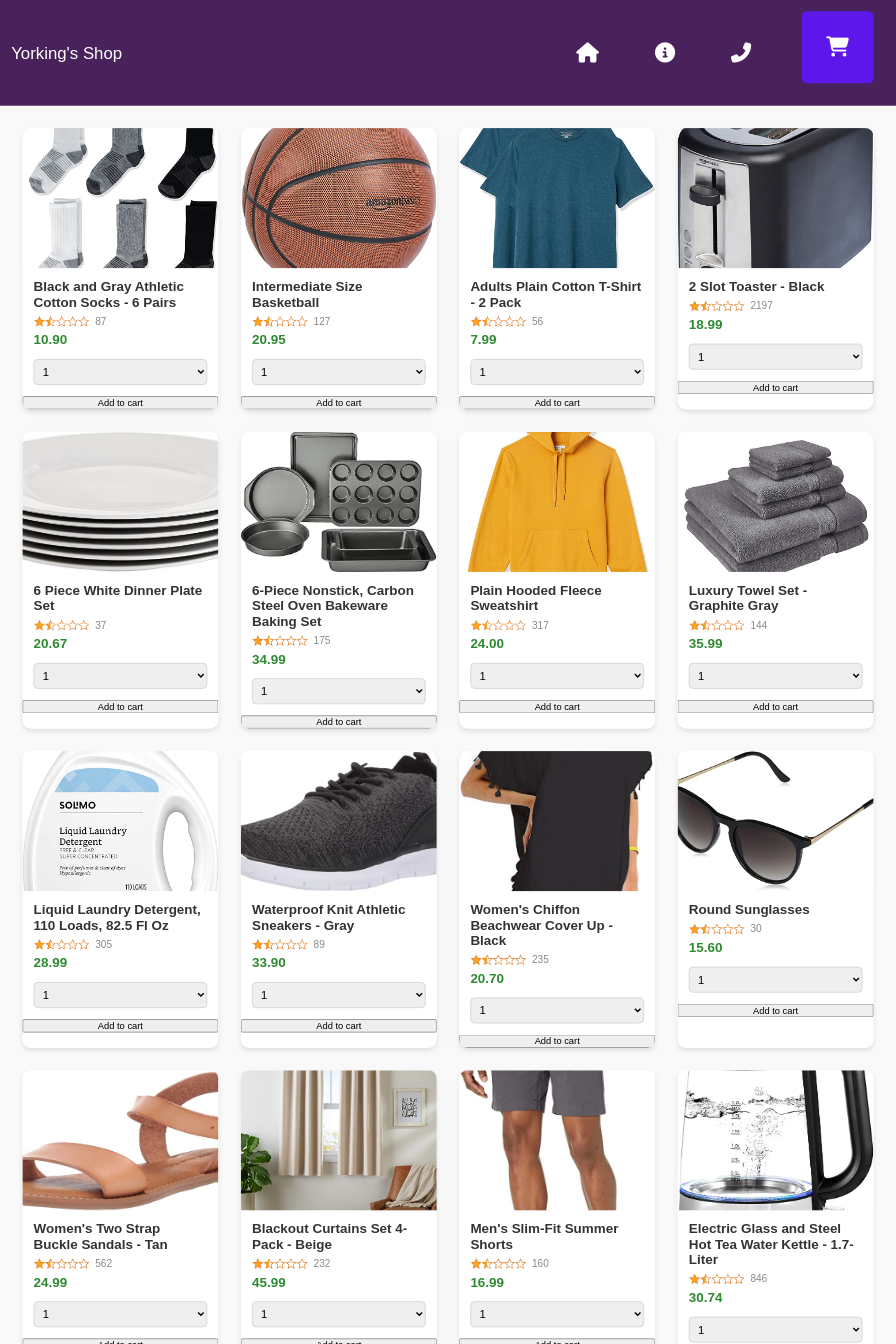
Repository: yorkings/eccomerce-website-in-js
Page: index.html
These files come from the project's save history. The page is drawn as it stood at one moment and after a run of saves; the edit follows.
The browser window is 1280 px wide. The pictures show the part of the page from y = 0 to 1920 px (the page is 5067 px tall before and 17333 px after), at 70% of full size.
Some web libraries are served in a nearby version.

Above is the page before, as saved 2025-05-24 17:06:44.

### index.html
<!DOCTYPE html>
<html lang="en">
<head>
  <meta charset="UTF-8" />
  <meta name="viewport" content="width=device-width, initial-scale=1.0"/>
  <title>Responsive Ecommerce Navbar</title>
  <link rel="stylesheet" href="style.css" />
  <script src="https://kit.fontawesome.com/9ed7d13a3c.js" crossorigin="anonymous"></script>
</head>
<body>
   <nav class="navbar" id="navbar">
      <div class="logo">Yorking's Shop</div>
      <p class="menu-toggle open" id="open-toggle">
         <i class="fas fa-bars" id="menu-icon"></i>
      </p>
      <ul class="navbar-list" id="navbar-list">
            <li class="nav-item nav-link"><a href="#"><i class="fas fa-home"></i></a></li>
            <li class="nav-item nav-link"><a href="#info"><i class="fas fa-info-circle"></i></a></li>
            <li class="nav-item nav-link"><a href="#contact"><i class="fas fa-phone-alt"></i></a></li>
            <li   class="nav-item cart nav-link" ><a href="#cart"><i class="fas fa-shopping-cart"></i></a></li>
      </ul>
   </nav>
   <div class="main">

   </div>
   <script src="navbar.js"></script>
   <script type="module" src="shop.js"></script>

</body>
</html>

### style.css
*{
   box-sizing: border-box;
   margin: 0;
  padding: 0;
  font-family: Arial, sans-serif

}
.navbar{
    background-color: rgba(49, 4, 70, 0.884);
    display: flex;
    position: relative;
    padding: 1em 1rem;
    flex-wrap: wrap;
    align-items: center;
    width: 100vw;
}
.logo{
    font-size: 1.5em;
    font: bold;
    color: #ffffff;
}
.menu-toggle{
  background: none;
  border: none;
  color: white;
  font-size: 1.5rem;
  cursor: pointer;
  display: none;
}
.navbar-list{
  display: flex;
  list-style: none;
  justify-content: space-between;
  align-items: center;
  gap: 2rem;
  margin-left: auto;
}

.nav-item a{
  display: block;
  color: white;
  font-size: 1.8rem;
  text-decoration: none;
  padding: 1.5rem;
  transition: background 0.3s ease;
}

.nav-item a:hover:not(.active) {
   background-color: #646363;
   border-radius: 0.5rem;
}
.active{
    background-color: #3f9c3c;
}

.main {
  display: grid;
  grid-template-columns: repeat(auto-fit, minmax(250px, 1fr));
  gap: 2rem;
  padding: 2rem;
  background-color: #f9f9f9;
}

.shop-container{
  display: flex;
   flex-direction: column;
   background-color: #ffffff;
  border-radius: 12px;
  box-shadow: 0 4px 8px rgba(0,0,0,0.1);
  overflow: hidden;
  transition: transform 0.3s ease, box-shadow 0.3s ease;

}
.shop-container:hover {
  transform: translateY(-5px);
  box-shadow: 0 8px 16px rgba(0,0,0,0.2);
}
.image {
  width: 100%;
  height: 200px;
  object-fit: cover;
}

.content {
  padding: 1rem;
  display: flex;
  flex-direction: column;
  gap: 0.5rem;
}


.item-name {
  font-size: 1.2rem;
  font-weight: bold;
  color: #333;
}

.rating {
  display: flex;
  align-items: center;
  gap: 0.5rem;
}

.rate-image {
  width: 80px;
  height: auto;
}

.counts {
  font-size: 0.9rem;
  color: #888;
}

.price {
  font-size: 1.2rem;
  font-weight: bold;
  color: #2d8a32;
}

.quantity {
  padding: 0 1rem 1rem 1rem;
}

.quantity select {
  width: 100%;
  padding: 0.5rem;
  border-radius: 6px;
  border: 1px solid #ccc;
  font-size: 1rem;
}

.cart {
  margin: 0 1rem 1rem 1rem;
  padding: 0.7rem;
  background-color: #5e17eb;
  color: white;
  border: none;
  border-radius: 8px;
  font-size: 1rem;
  cursor: pointer;
  transition: background-color 0.3s ease;
}

.cart:hover {
  background-color: #440cc5;
}

@media  (max-width:768px)  {
    .menu-toggle{
        display: flex;
        margin-left: auto;
    }
    .navbar-list{
       display: none;
    }
    .navbar.active{
        display: block;
        height: 100vh;
    }
    .navbar-list.active{
        display:block
    }


}

### navbar.js
document.addEventListener("DOMContentLoaded", () => {
  const btn = document.getElementById("open-toggle");
  const icon = document.getElementById("menu-icon");

  btn.addEventListener("click", () => {
    icon.classList.toggle("fa-bars");
    icon.classList.toggle("fa-times");
    const navList = document.getElementById("navbar-list");
    navList.classList.toggle("active");
    const nav=document.getElementById("navbar");
    nav.classList.toggle("active")
  });
  const navLinks = document.querySelectorAll(".nav-link");
  navLinks.forEach(link => {
    link.addEventListener("click", () => {
      navLinks.forEach(l => l.classList.remove("active")); // remove from others
      link.classList.add("active"); // add to current
    });
  });
});

### shop.js
import {products} from "./product.js"

const shop=document.querySelector(".main");

let shopHtml=""
products.forEach((product)=>{
    shopHtml+=`
    <div class="shop-container">
         <img src=${product.image} alt=${product.name} class="image">
         <div class="content">
            <p class="item-name">${product.name}</p>
            <div class="rating">
                <img src='./images/ratings/rating-15.png' alt="" class="rate-image">
                <p class="counts">${product.rating.count}</p>
            </div>
            <p class="price">${(product.priceCents/100).toFixed(2)}</p>
         </div>
         <div class="quantity">
            <select>
               <option selected value="1">1</option>
               <option value="2">2</option>
               <option value="3">4</option>
               <option value="4">4</option>
               <option value="5">5</option>
               <option value="6">6</option>
               <option value="7">7</option>
               <option value="8">8</option>
               <option value="9">9</option>
            </select>
         </div>
         <button class="add-to-cart">Add to cart</button>
      </div>
    `

})
 shop.innerHTML=shopHtml

### product.js
export const products = [
  {
    id: "e43638ce-6aa0-4b85-b27f-e1d07eb678c6",
    image: "images/products/athletic-cotton-socks-6-pairs.jpg",
    name: "Black and Gray Athletic Cotton Socks - 6 Pairs",
    rating: {
      stars: 4.5,
      count: 87
    },
    priceCents: 1090,
    keywords: [
      "socks",
      "sports",
      "apparel"
    ]
  },
  {
    id: "15b6fc6f-327a-4ec4-896f-486349e85a3d",
    image: "images/products/intermediate-composite-basketball.jpg",
    name: "Intermediate Size Basketball",
    rating: {
      stars: 4,
      count: 127
    },
    priceCents: 2095,
    keywords: [
      "sports",
      "basketballs"
    ]
  },
  {
    id: "83d4ca15-0f35-48f5-b7a3-1ea210004f2e",
    image: "images/products/adults-plain-cotton-tshirt-2-pack-teal.jpg",
    name: "Adults Plain Cotton T-Shirt - 2 Pack",
    rating: {
      stars: 4.5,
      count: 56
    },
    priceCents: 799,
    keywords: [
      "tshirts",
      "apparel",
      "mens"
    ],
    type: "clothing",
    sizeChartLink: "images/clothing-size-chart.png"
  },
  {
    id: "54e0eccd-8f36-462b-b68a-8182611d9add",
    image: "images/products/black-2-slot-toaster.jpg",
    name: "2 Slot Toaster - Black",
    rating: {
      stars: 5,
      count: 2197
    },
    priceCents: 1899,
    keywords: [
      "toaster",
      "kitchen",
      "appliances"
    ]
  },
  {
    id: "3ebe75dc-64d2-4137-8860-1f5a963e534b",
    image: "images/products/6-piece-white-dinner-plate-set.jpg",
    name: "6 Piece White Dinner Plate Set",
    rating: {
      stars: 4,
      count: 37
    },
    priceCents: 2067,
    keywords: [
      "plates",
      "kitchen",
      "dining"
    ]
  },
  {
    id: "8c9c52b5-5a19-4bcb-a5d1-158a74287c53",
    image: "images/products/6-piece-non-stick-baking-set.webp",
    name: "6-Piece Nonstick, Carbon Steel Oven Bakeware Baking Set",
    rating: {
      stars: 4.5,
      count: 175
    },
    priceCents: 3499,
    keywords: [
      "kitchen",
      "cookware"
    ]
  },
  {
    id: "dd82ca78-a18b-4e2a-9250-31e67412f98d",
    image: "images/products/plain-hooded-fleece-sweatshirt-yellow.jpg",
    name: "Plain Hooded Fleece Sweatshirt",
    rating: {
      stars: 4.5,
      count: 317
    },
    priceCents: 2400,
    keywords: [
      "hoodies",
      "sweaters",
      "apparel"
    ]
  },
  {
    id: "77919bbe-0e56-475b-adde-4f24dfed3a04",
    image: "images/products/luxury-tower-set-6-piece.jpg",
    name: "Luxury Towel Set - Graphite Gray",
    rating: {
      stars: 4.5,
      count: 144
    },
    priceCents: 3599,
    keywords: [
      "bathroom",
      "washroom",
      "restroom",
      "towels",
      "bath towels"
    ]
  },
  {
    id: "3fdfe8d6-9a15-4979-b459-585b0d0545b9",
    image: "images/products/liquid-laundry-detergent-plain.jpg",
    name: "Liquid Laundry Detergent, 110 Loads, 82.5 Fl Oz",
    rating: {
      stars: 4.5,
      count: 305
    },
    priceCents: 2899,
    keywords: [
      "bathroom",
      "cleaning"
    ]
  },
  {
    id: "58b4fc92-e98c-42aa-8c55-b6b79996769a",
    image: "images/products/knit-athletic-sneakers-gray.jpg",
    name: "Waterproof Knit Athletic Sneakers - Gray",
    rating: {
      stars: 4,
      count: 89
    },
    priceCents: 3390,
    keywords: [
      "shoes",
      "running shoes",
      "footwear"
    ]
  },
  {
    id: "5968897c-4d27-4872-89f6-5bcb052746d7",
    image: "images/products/women-chiffon-beachwear-coverup-black.jpg",
    name: "Women's Chiffon Beachwear Cover Up - Black",
    rating: {
      stars: 4.5,
      count: 235
    },
    priceCents: 2070,
    keywords: [
      "robe",
      "swimsuit",
      "swimming",
      "bathing",
      "apparel"
    ],
    type: "clothing",
    sizeChartLink: "images/clothing-size-chart.png"
  },
  {
    id: "aad29d11-ea98-41ee-9285-b916638cac4a",
    image: "images/products/round-sunglasses-black.jpg",
    name: "Round Sunglasses",
    rating: {
      stars: 4.5,
      count: 30
    },
    priceCents: 1560,
    keywords: [
      "accessories",
      "shades"
    ]
  },
  {
    id: "04701903-bc79-49c6-bc11-1af7e3651358",
    image: "images/products/women-beach-sandals.jpg",
    name: "Women's Two Strap Buckle Sandals - Tan",
    rating: {
      stars: 4.5,
      count: 562
    },
    priceCents: 2499,
    keywords: [
      "footwear",
      "sandals",
      "womens",
      "beach",
      "summer"
    ]
  },
  {
    id: "901eb2ca-386d-432e-82f0-6fb1ee7bf969",
    image: "images/products/blackout-curtain-set-beige.webp",
    name: "Blackout Curtains Set 4-Pack - Beige",
    rating: {
      stars: 4.5,
      count: 232
    },
    priceCents: 4599,
    keywords: [
      "bedroom",
      "curtains",
      "home"
    ]
  },
  {
    id: "82bb68d7-ebc9-476a-989c-c78a40ee5cd9",
    image: "images/products/men-slim-fit-summer-shorts-gray.jpg",
    name: "Men's Slim-Fit Summer Shorts",
    rating: {
      stars: 4,
      count: 160
    },
    priceCents: 1699,
    keywords: [
      "shorts",
      "apparel",
      "mens"
    ]
  },
  {
    id: "c2a82c5e-aff4-435f-9975-517cfaba2ece",
    image: "images/products/electric-glass-and-steel-hot-water-kettle.webp",
    name: "Electric Glass and Steel Hot Tea Water Kettle - 1.7-Liter",
    rating: {
      stars: 5,
      count: 846
    },
    priceCents: 3074,
    keywords: [
      "water boiler",
      "appliances",
      "kitchen"
    ]
  },
  {
    id: "6b07d4e7-f540-454e-8a1e-363f25dbae7d",
    image: "images/products/facial-tissue-2-ply-18-boxes.jpg",
    name: "Ultra Soft Tissue 2-Ply - 18 Box",
    rating: {
      stars: 4,
      count: 99
    },
    priceCents: 2374,
    keywords: [
      "kleenex",
      "tissues",
      "kitchen",
      "tissues box",
      "napkins"
    ]
  },
  {
    id: "a82c6bac-3067-4e68-a5ba-d827ac0be010",
    image: "images/products/straw-sunhat.webp",
    name: "Straw Lifeguard Sun Hat",
    rating: {
      stars: 4,
      count: 215
    },
    priceCents: 2200,
    keywords: [
      "hats",
      "straw hats",
      "summer",
      "apparel"
    ]
  },
  {
    id: "e4f64a65-1377-42bc-89a5-e572d19252e2",
    image: "images/products/sky-flower-stud-earrings.webp",
    name: "Sterling Silver Sky Flower Stud Earrings",
    rating: {
      stars: 4.5,
      count: 52
    },
    priceCents: 1799,
    keywords: [
      "jewelry",
      "accessories",
      "womens"
    ]
  },
  {
    id: "b0f17cc5-8b40-4ca5-9142-b61fe3d98c85",
    image: "images/products/women-stretch-popover-hoodie-black.jpg",
    name: "Women's Stretch Popover Hoodie",
    rating: {
      stars: 4.5,
      count: 2465
    },
    priceCents: 1374,
    keywords: [
      "hooded",
      "hoodies",
      "sweaters",
      "womens",
      "apparel"
    ],
    type: "clothing",
    sizeChartLink: "images/clothing-size-chart.png"
  },
  {
    id: "a93a101d-79ef-4cf3-a6cf-6dbe532a1b4a",
    image: "images/products/bathroom-rug.jpg",
    name: "Bathroom Bath Rug Mat 20 x 31 Inch - Grey",
    rating: {
      stars: 4.5,
      count: 119
    },
    priceCents: 1250,
    keywords: [
      "bathmat",
      "bathroom",
      "home"
    ]
  },
  {
    id: "4f4fbcc2-4e72-45cc-935c-9e13d79cc57f",
    image: "images/products/women-knit-ballet-flat-black.jpg",
    name: "Women's Knit Ballet Flat",
    rating: {
      stars: 4,
      count: 326
    },
    priceCents: 2640,
    keywords: [
      "shoes",
      "flats",
      "womens",
      "footwear"
    ]
  },
  {
    id: "8b5a2ee1-6055-422a-a666-b34ba28b76d4",
    image: "images/products/men-golf-polo-t-shirt-blue.jpg",
    name: "Men's Regular-Fit Quick-Dry Golf Polo Shirt",
    rating: {
      stars: 4.5,
      count: 2556
    },
    priceCents: 1599,
    keywords: [
      "tshirts",
      "shirts",
      "apparel",
      "mens"
    ],
    type: "clothing",
    sizeChartLink: "images/clothing-size-chart.png"
  },
  {
    id: "b86ddc8b-3501-4b17-9889-a3bad6fb585f",
    image: "images/products/trash-can-with-foot-pedal-50-liter.jpg",
    name: "Trash Can with Foot Pedal - Brushed Stainless Steel",
    rating: {
      stars: 4.5,
      count: 2286
    },
    priceCents: 8300,
    keywords: [
      "garbage",
      "bins",
      "cans",
      "kitchen"
    ]
  },
  {
    id: "19c6a64a-5463-4d45-9af8-e41140a4100c",
    image: "images/products/duvet-cover-set-blue-twin.jpg",
    name: "Duvet Cover Set with Zipper Closure",
    rating: {
      stars: 4,
      count: 456
    },
    priceCents: 2399,
    keywords: [
      "bedroom",
      "bed sheets",
      "sheets",
      "covers",
      "home"
    ]
  },
  {
    id: "d2785924-743d-49b3-8f03-ec258e640503",
    image: "images/products/women-chunky-beanie-gray.webp",
    name: "Women's Chunky Cable Beanie - Gray",
    rating: {
      stars: 5,
      count: 83
    },
    priceCents: 1250,
    keywords: [
      "hats",
      "winter hats",
      "beanies",
      "tuques",
      "apparel",
      "womens"
    ]
  },
  {
    id: "ee1f7c56-f977-40a4-9642-12ba5072e2b0",
    image: "images/products/men-chino-pants-beige.jpg",
    name: "Men's Classic-fit Pleated Chino Pants",
    rating: {
      stars: 4.5,
      count: 9017
    },
    priceCents: 2290,
    keywords: [
      "pants",
      "apparel",
      "mens"
    ]
  },
  {
    id: "1c079479-8586-494f-ab53-219325432536",
    image: "images/products/men-athletic-shoes-green.jpg",
    name: "Men's Athletic Sneaker",
    rating: {
      stars: 4,
      count: 229
    },
    priceCents: 3890,
    keywords: [
      "shoes",
      "running shoes",
      "footwear",
      "mens"
    ]
  },
  {
    id: "4df68c27-fd59-4a6a-bbd1-e754ddb6d53c",
    image: "images/products/men-navigator-sunglasses-brown.jpg",
    name: "Men's Navigator Sunglasses Pilot",
    rating: {
      stars: 3.5,
      count: 42
    },
    priceCents: 1690,
    keywords: [
      "sunglasses",
      "glasses",
      "accessories",
      "shades"
    ]
  },
  {
    id: "4e37dd03-3b23-4bc6-9ff8-44e112a92c64",
    image: "images/products/non-stick-cooking-set-15-pieces.webp",
    name: "Non-Stick Cookware Set, Pots, Pans and Utensils - 15 Pieces",
    rating: {
      stars: 4.5,
      count: 511
    },
    priceCents: 6797,
    keywords: [
      "cooking set",
      "kitchen"
    ]
  },
  {
    id: "a434b69f-1bc1-482d-9ce7-cd7f4a66ce8d",
    image: "images/products/vanity-mirror-silver.jpg",
    name: "Vanity Mirror with Heavy Base - Chrome",
    rating: {
      stars: 4.5,
      count: 130
    },
    priceCents: 1649,
    keywords: [
      "bathroom",
      "washroom",
      "mirrors",
      "home"
    ]
  },
  {
    id: "a45cfa0a-66d6-4dc7-9475-e2b01595f7d7",
    image: "images/products/women-french-terry-fleece-jogger-camo.jpg",
    name: "Women's Fleece Jogger Sweatpant",
    rating: {
      stars: 4.5,
      count: 248
    },
    priceCents: 2400,
    keywords: [
      "pants",
      "sweatpants",
      "jogging",
      "apparel",
      "womens"
    ]
  },
  {
    id: "d339adf3-e004-4c20-a120-40e8874c66cb",
    image: "images/products/double-elongated-twist-french-wire-earrings.webp",
    name: "Double Oval Twist French Wire Earrings - Gold",
    rating: {
      stars: 4.5,
      count: 117
    },
    priceCents: 2400,
    keywords: [
      "accessories",
      "womens"
    ]
  },
  {
    id: "d37a651a-d501-483b-aae6-a9659b0757a0",
    image: "images/products/round-airtight-food-storage-containers.jpg",
    name: "Round Airtight Food Storage Containers - 5 Piece",
    rating: {
      stars: 4,
      count: 126
    },
    priceCents: 2899,
    keywords: [
      "boxes",
      "food containers",
      "kitchen"
    ]
  },
  {
    id: "0d7f9afa-2efe-4fd9-b0fd-ba5663e0a524",
    image: "images/products/coffeemaker-with-glass-carafe-black.jpg",
    name: "Coffeemaker with Glass Carafe and Reusable Filter - 25 Oz, Black",
    rating: {
      stars: 4.5,
      count: 1211
    },
    priceCents: 2250,
    keywords: [
      "coffeemakers",
      "kitchen",
      "appliances"
    ]
  },
  {
    id: "02e3a47e-dd68-467e-9f71-8bf6f723fdae",
    image: "images/products/blackout-curtains-black.jpg",
    name: "Blackout Curtains Set 42 x 84-Inch - Black, 2 Panels",
    rating: {
      stars: 4.5,
      count: 363
    },
    priceCents: 3099,
    keywords: [
      "bedroom",
      "home"
    ]
  },
  {
    id: "8a53b080-6d40-4a65-ab26-b24ecf700bce",
    image: "images/products/cotton-bath-towels-teal.webp",
    name: "100% Cotton Bath Towels - 2 Pack, Light Teal",
    rating: {
      stars: 4.5,
      count: 93
    },
    priceCents: 2110,
    keywords: [
      "bathroom",
      "home",
      "towels"
    ]
  },
  {
    id: "10ed8504-57db-433c-b0a3-fc71a35c88a1",
    image: "images/products/knit-athletic-sneakers-pink.webp",
    name: "Waterproof Knit Athletic Sneakers - Pink",
    rating: {
      stars: 4,
      count: 89
    },
    priceCents: 3390,
    keywords: [
      "shoes",
      "running shoes",
      "footwear",
      "womens"
    ]
  },
  {
    id: "77a845b1-16ed-4eac-bdf9-5b591882113d",
    image: "images/products/countertop-blender-64-oz.jpg",
    name: "Countertop Blender - 64oz, 1400 Watts",
    rating: {
      stars: 4,
      count: 3
    },
    priceCents: 10747,
    keywords: [
      "food blenders",
      "kitchen",
      "appliances"
    ]
  },
  {
    id: "36c64692-677f-4f58-b5ec-0dc2cf109e27",
    image: "images/products/floral-mixing-bowl-set.jpg",
    name: "10-Piece Mixing Bowl Set with Lids - Floral",
    rating: {
      stars: 5,
      count: 679
    },
    priceCents: 3899,
    keywords: [
      "mixing bowls",
      "baking",
      "cookware",
      "kitchen"
    ]
  },
  {
    id: "aaa65ef3-8d6f-4eb3-bc9b-a6ea49047d8f",
    image: "images/products/kitchen-paper-towels-30-pack.jpg",
    name: "2-Ply Kitchen Paper Towels - 30 Pack",
    rating: {
      stars: 4.5,
      count: 1045
    },
    priceCents: 5799,
    keywords: [
      "kitchen",
      "kitchen towels",
      "tissues"
    ]
  },
  {
    id: "bc2847e9-5323-403f-b7cf-57fde044a955",
    image: "images/products/men-cozy-fleece-zip-up-hoodie-red.jpg",
    name: "Men's Full-Zip Hooded Fleece Sweatshirt",
    rating: {
      stars: 4.5,
      count: 3157
    },
    priceCents: 2400,
    keywords: [
      "sweaters",
      "hoodies",
      "apparel",
      "mens"
    ]
  }
];

After the next 3 saves:
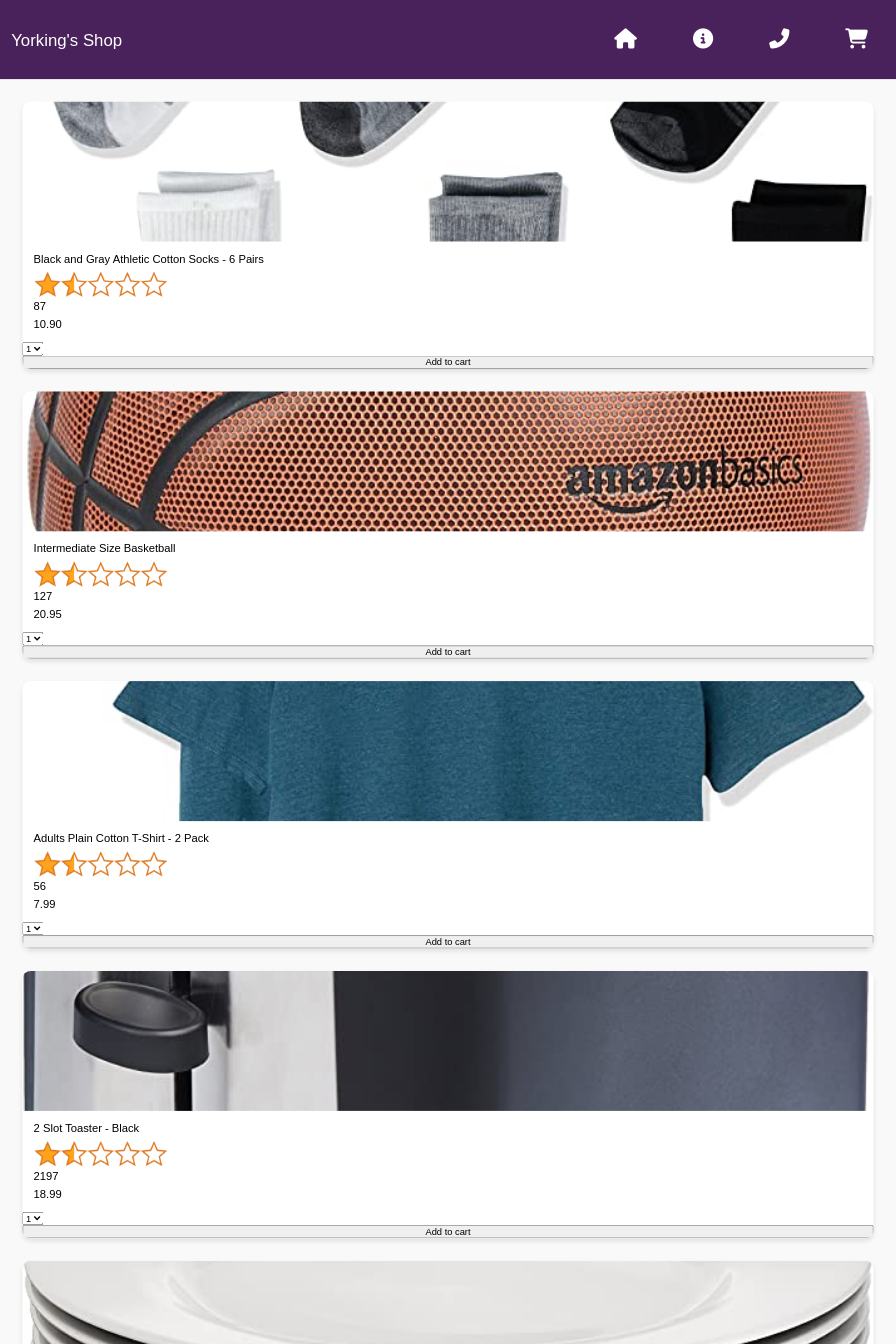
The 3 saves are shown as one change because they came seconds apart.
The last was saved 62 s later.
--- a/style.css
+++ b/style.css
@@ -53,14 +53,13 @@
     background-color: #3f9c3c;
 }
 
-.main {
-  display: grid;
-  grid-template-columns: repeat(auto-fit, minmax(250px, 1fr));
-  gap: 2rem;
-  padding: 2rem;
-  background-color: #f9f9f9;
+.main{
+    display: grid;
+    grid-template-columns: repeat(1,5fr);
+    gap: 2em;
+    padding: 2rem;
+    background-color: #f9f9f9;
 }
-
 .shop-container{
   display: flex;
    flex-direction: column;
@@ -75,10 +74,11 @@
   transform: translateY(-5px);
   box-shadow: 0 8px 16px rgba(0,0,0,0.2);
 }
-.image {
-  width: 100%;
-  height: 200px;
-  object-fit: cover;
+.image{
+    height: 200px;
+    width: 100%;
+    object-fit: cover;
+
 }
 
 .content {
@@ -86,63 +86,6 @@
   display: flex;
   flex-direction: column;
   gap: 0.5rem;
-}
-
-
-.item-name {
-  font-size: 1.2rem;
-  font-weight: bold;
-  color: #333;
-}
-
-.rating {
-  display: flex;
-  align-items: center;
-  gap: 0.5rem;
-}
-
-.rate-image {
-  width: 80px;
-  height: auto;
-}
-
-.counts {
-  font-size: 0.9rem;
-  color: #888;
-}
-
-.price {
-  font-size: 1.2rem;
-  font-weight: bold;
-  color: #2d8a32;
-}
-
-.quantity {
-  padding: 0 1rem 1rem 1rem;
-}
-
-.quantity select {
-  width: 100%;
-  padding: 0.5rem;
-  border-radius: 6px;
-  border: 1px solid #ccc;
-  font-size: 1rem;
-}
-
-.cart {
-  margin: 0 1rem 1rem 1rem;
-  padding: 0.7rem;
-  background-color: #5e17eb;
-  color: white;
-  border: none;
-  border-radius: 8px;
-  font-size: 1rem;
-  cursor: pointer;
-  transition: background-color 0.3s ease;
-}
-
-.cart:hover {
-  background-color: #440cc5;
 }
 
 @media  (max-width:768px)  {
